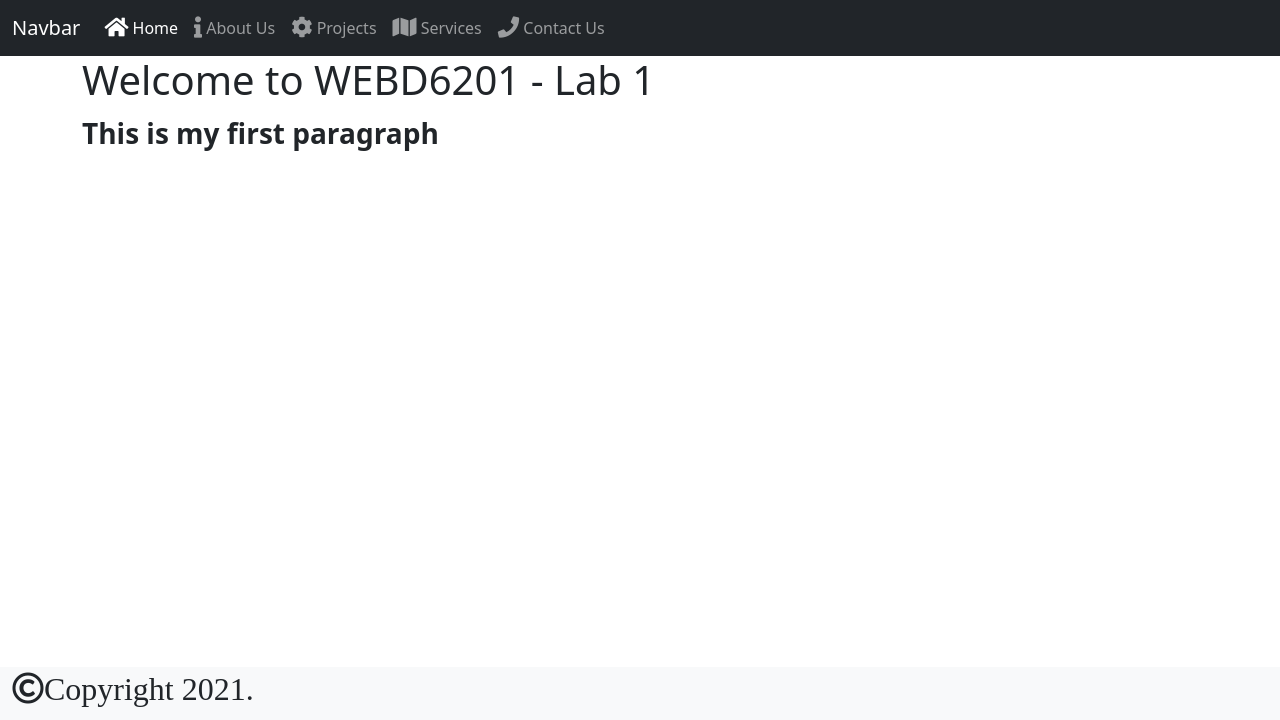
Repository: vans12345678/WEBD6201-W2021-Week3
Page: index.html
These files come from the project's save history. The page is drawn as it stood at one moment and after the next save; the edit follows.
The browser window is 1280 px wide. The pictures show the whole page.

Above is the page before, as saved 2021-01-21 08:40:01.

After the next save:
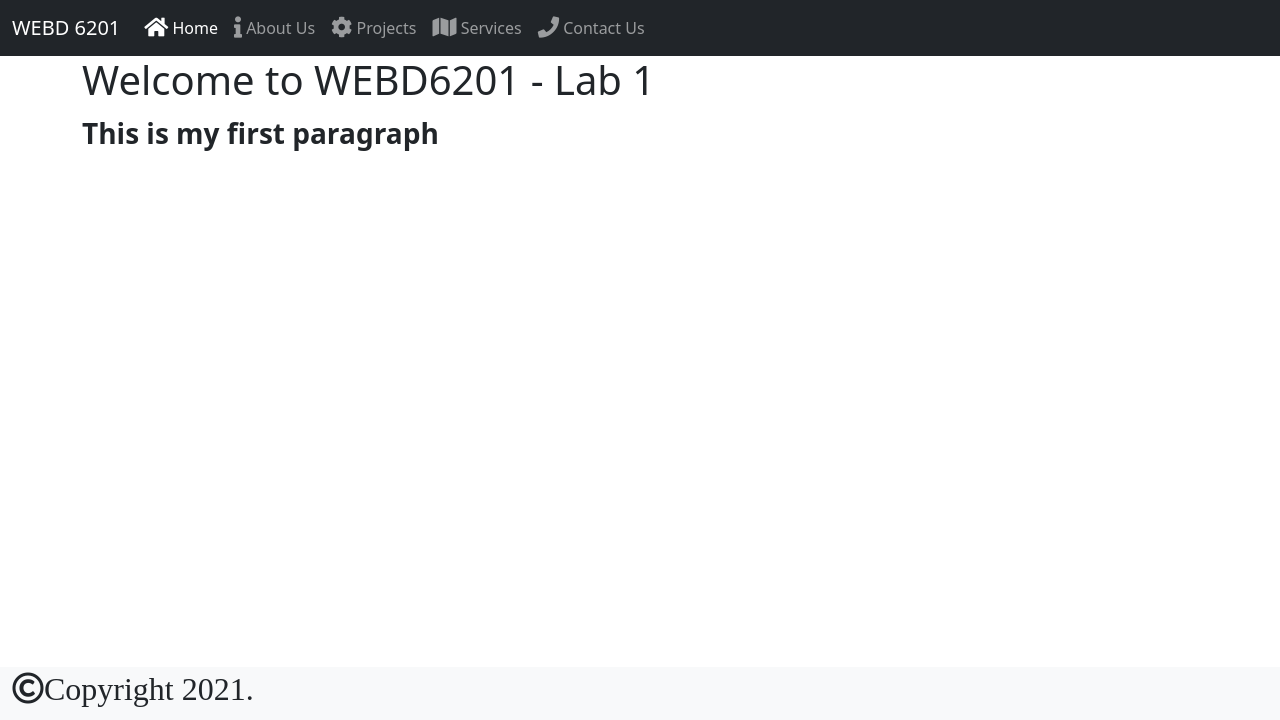
Saved 4 min 33 s later.
--- a/index.html
+++ b/index.html
@@ -16,7 +16,7 @@
     <header>
         <nav class="navbar navbar-expand-lg navbar-dark bg-dark">
             <div class="container-fluid">
-              <a class="navbar-brand" href="#">Navbar</a>
+              <a class="navbar-brand" href="#">WEBD 6201</a>
               <button class="navbar-toggler" type="button" data-bs-toggle="collapse" data-bs-target="#navbarSupportedContent" aria-controls="navbarSupportedContent" aria-expanded="false" aria-label="Toggle navigation">
                 <span class="navbar-toggler-icon"></span>
               </button>
